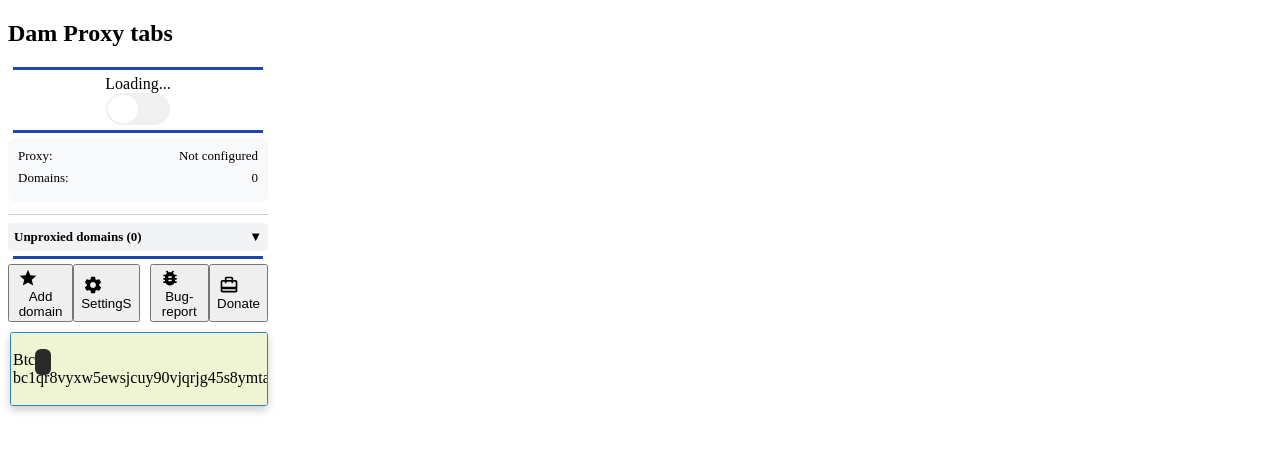
Repository: damirqa-work/dam-proxytabs
Page: popup.html
These files come from the project's save history. The page is drawn as it stood at one moment and after the next save; the edit follows.
The browser window is 1280 px wide. The pictures show the whole page.

Above is the page before, as saved 2026-02-12 07:32:46.

After the next save:
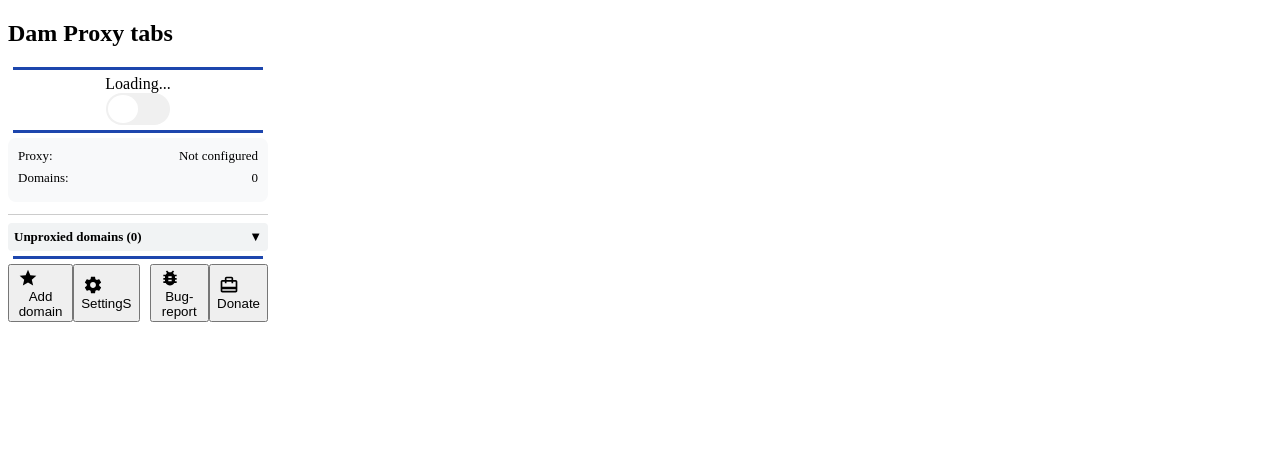
Saved 59 s later.
--- a/popup.html
+++ b/popup.html
@@ -78,13 +78,34 @@
 
         </div>
 
-            <div id="donateDropdown" class="donate-dropdown copy-row hidden">
+            <div id="donateDropdown" class="donate-dropdown hidden">
               <p>Btc
-                  <span id="donateText" class="copy-text"></span>bc1qr8vyxw5ewsjcuy90vjqrjg45s8ymtam7jmy64u</p>
-                  <p>XRP
-                  rnWKCrXSL678VxkcSEJWiB3HETdDF4vurX</p>
-                  <p>USDT
-                    0xBc101181C64a97AdCB7fb252f4241E68271FA2f5</p>
+                <div class="copy-row">
+                  <span data-copy="bc1qr8vyxw5ewsjcuy90vjqrjg45s8ymtam7jmy64u" class="copy-text">bc1qr8vyxw5ewsjcuy90vjqrjg45s8ymtam7jmy64u</span>
+                  <button id="copyBtn" class="copy-btn">
+                     <svg xmlns="http://www.w3.org/2000/svg" viewBox="0 0 24 24" class="copy-icon">
+                        <path d="M16 1H4c-1.1 0-2 .9-2 2v14h2V3h12V1zm3 4H8c-1.1 0-2 .9-2 2v14c0 1.1.9 2 2 2h11c1.1 0 2-.9 2-2V7c0-1.1-.9-2-2-2zm0 16H8V7h11v14z"/>
+                     </svg>
+                    </button>
+                </div>
+              <p>XRP
+                <div class="copy-row">
+                  <span data-copy="rnWKCrXSL678VxkcSEJWiB3HETdDF4vurX" class="copy-text">rnWKCrXSL678VxkcSEJWiB3HETdDF4vurX</span>
+                  <button id="copyBtn" class="copy-btn">
+                        <svg xmlns="http://www.w3.org/2000/svg" viewBox="0 0 24 24" class="copy-icon">
+                          <path d="M16 1H4c-1.1 0-2 .9-2 2v14h2V3h12V1zm3 4H8c-1.1 0-2 .9-2 2v14c0 1.1.9 2 2 2h11c1.1 0 2-.9 2-2V7c0-1.1-.9-2-2-2zm0 16H8V7h11v14z"/>
+                        </svg>
+                  </button>
+                </div>
+              <p>USDT
+                <div class="copy-row">
+                   <span data-copy="0xBc101181C64a97AdCB7fb252f4241E68271FA2f5" class="copy-text">0xBc101181C64a97AdCB7fb252f4241E68271FA2f5</span>
+                   <button id="copyBtn" class="copy-btn">
+                        <svg xmlns="http://www.w3.org/2000/svg" viewBox="0 0 24 24" class="copy-icon">
+                          <path d="M16 1H4c-1.1 0-2 .9-2 2v14h2V3h12V1zm3 4H8c-1.1 0-2 .9-2 2v14c0 1.1.9 2 2 2h11c1.1 0 2-.9 2-2V7c0-1.1-.9-2-2-2zm0 16H8V7h11v14z"/>
+                        </svg>
+                   </button>
+                </div>
             </div>
 
     </main>
